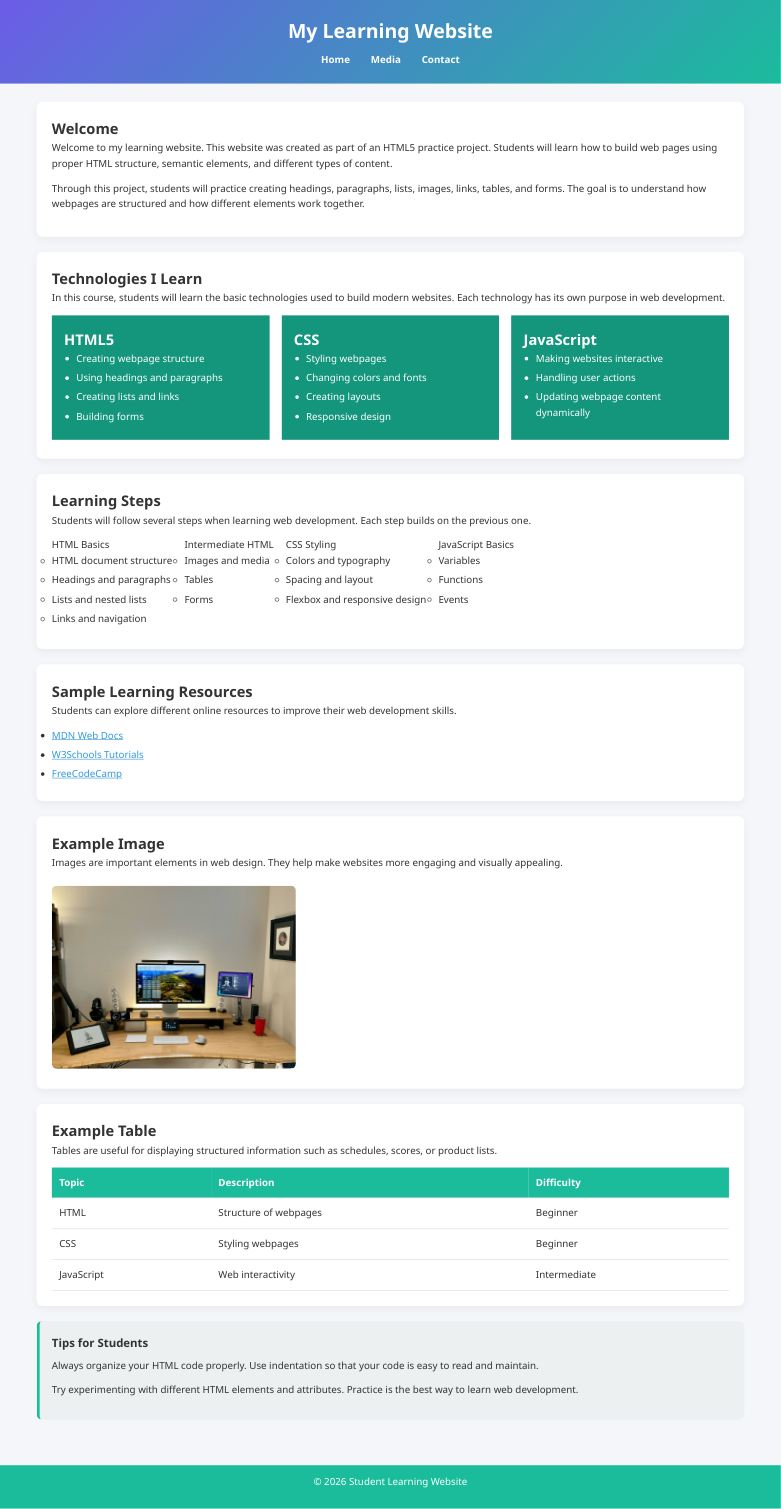
Repository: Than-sothearak/web_client_programing
Page: Week_03/index.html
An editor plug-in stored every save of this project. The page is shown before and after the next save, followed by the edit.
The browser window is 1280 px wide. The pictures show the whole page, at 61% of full size.

Above is the page before, as saved 2026-03-24 21:25:06.

### Week_03/index.html
<!doctype html>
<html lang="en">
  <head>
    <meta charset="UTF-8" />
    <meta name="viewport" content="width=device-width, initial-scale=1.0" />
    <title>My Learning Website</title>
    <link rel="stylesheet" href="styles.css" />
  </head>

  <body>
    <header>
      <h1>My Learning Website</h1>

      <nav>
        <ul>
          <li><a href="index.html">Home</a></li>
          <li><a href="gallery.html">Media</a></li>
          <li><a href="contact.html">Contact</a></li>
        </ul>
      </nav>
    </header>

    <main>
      <section>
        <article>
          <h2>Welcome</h2>

          <p>
            Welcome to my learning website. This website was created as part of
            an HTML5 practice project. Students will learn how to build web
            pages using proper HTML structure, semantic elements, and different
            types of content.
          </p>

          <p>
            Through this project, students will practice creating headings,
            paragraphs, lists, images, links, tables, and forms. The goal is to
            understand how webpages are structured and how different elements
            work together.
          </p>
        </article>
      </section>

      <section>
        <h2>Technologies I Learn</h2>

        <p>
          In this course, students will learn the basic technologies used to
          build modern websites. Each technology has its own purpose in web
          development.
        </p>

        <ul class="card-container">
          <li class="card">
            <h2>HTML5</h2>
            <ul>
              <li>Creating webpage structure</li>
              <li>Using headings and paragraphs</li>
              <li>Creating lists and links</li>
              <li>Building forms</li>
            </ul>
          </li>

          <li class="card">
            <h2>CSS</h2>
            <ul>
              <li>Styling webpages</li>
              <li>Changing colors and fonts</li>
              <li>Creating layouts</li>
              <li>Responsive design</li>
            </ul>
          </li>

          <li class="card">
            <h2>JavaScript</h2>
            <ul>
              <li>Making websites interactive</li>
              <li>Handling user actions</li>
              <li>Updating webpage content dynamically</li>
            </ul>
          </li>
        </ul>
      </section>

      <section>
        <h2>Learning Steps</h2>

        <p>
          Students will follow several steps when learning web development. Each
          step builds on the previous one.
        </p>

        <ol class="card-container">
          <li>
            HTML Basics
            <ul>
              <li>HTML document structure</li>
              <li>Headings and paragraphs</li>
              <li>Lists and nested lists</li>
              <li>Links and navigation</li>
            </ul>
          </li>

          <li>
            Intermediate HTML
            <ul>
              <li>Images and media</li>
              <li>Tables</li>
              <li>Forms</li>
            </ul>
          </li>

          <li>
            CSS Styling
            <ul>
              <li>Colors and typography</li>
              <li>Spacing and layout</li>
              <li>Flexbox and responsive design</li>
            </ul>
          </li>

          <li>
            JavaScript Basics
            <ul>
              <li>Variables</li>
              <li>Functions</li>
              <li>Events</li>
            </ul>
          </li>
        </ol>
      </section>

      <section>
        <h2>Sample Learning Resources</h2>

        <p>
          Students can explore different online resources to improve their web
          development skills.
        </p>

        <ul>
          <li>
            <a href="https://developer.mozilla.org" target="_blank">
              MDN Web Docs
            </a>
          </li>

          <li>
            <a href="https://www.w3schools.com" target="_blank">
              W3Schools Tutorials
            </a>
          </li>

          <li>
            <a href="https://www.freecodecamp.org" target="_blank">
              FreeCodeCamp
            </a>
          </li>
        </ul>
      </section>

      <section>
        <h2>Example Image</h2>

        <p>
          Images are important elements in web design. They help make websites
          more engaging and visually appealing.
        </p>

        <img src="../images/computer.png" alt="Computer setup" width="400" />
      </section>

      <section>
        <h2>Example Table</h2>

        <p>
          Tables are useful for displaying structured information such as
          schedules, scores, or product lists.
        </p>

        <table>
          <tr>
            <th>Topic</th>
            <th>Description</th>
            <th>Difficulty</th>
          </tr>

          <tr>
            <td>HTML</td>
            <td>Structure of webpages</td>
            <td>Beginner</td>
          </tr>

          <tr>
            <td>CSS</td>
            <td>Styling webpages</td>
            <td>Beginner</td>
          </tr>

          <tr>
            <td>JavaScript</td>
            <td>Web interactivity</td>
            <td>Intermediate</td>
          </tr>
        </table>
      </section>

      <aside>
        <h3>Tips for Students</h3>

        <p>
          Always organize your HTML code properly. Use indentation so that your
          code is easy to read and maintain.
        </p>

        <p>
          Try experimenting with different HTML elements and attributes.
          Practice is the best way to learn web development.
        </p>
      </aside>
    </main>

    <footer>
      <p>© 2026 Student Learning Website</p>
    </footer>
  </body>
</html>

### Week_03/styles.css
/* Reset basic spacing */

/* Reset */

* {
  margin: 0;
  padding: 0;
  box-sizing: border-box;
}

/* Body */

body {
  font-family: "Segoe UI", Arial, sans-serif;
  background: #f4f6f9;
  color: #333;
  line-height: 1.6;
}

/* Header */

header {
  background: linear-gradient(135deg, #6c5ce7, #1abc9c);
  color: white;
  padding: 25px 20px;
  text-align: center;
}

/* Navigation */

nav ul {
  list-style: none;
  margin-top: 10px;
}

nav ul li {
  display: inline-block;
  margin: 0 15px;
}

nav a {
  color: white;
  text-decoration: none;
  font-weight: 600;
  transition: 0.3s;
}

nav a:hover {
  color: #1abc9c;
}

/* Main container */

main {
  max-width: 1200px;
  margin: auto;
  padding: 30px 20px;
}

/* Section cards */

section {
  background: white;
  padding: 25px;
  margin-bottom: 25px;
  border-radius: 10px;
  box-shadow: 0 5px 15px rgba(0, 0, 0, 0.05);
}

/* Headings */

h1 {
  font-size: 32px;
  margin-bottom: 10px;
}


h3 {
  margin-bottom: 10px;
}

/* Paragraph */

p {
  margin-bottom: 15px;
}

/* Lists */

.card-container {
  display: flex;
  gap: 20px;
  list-style: none;
}

.card {
  padding: 20px;
  color: white;
  width: 100%;
  background-color: #13967c;
}

.card li{
  margin-left: 20px;
  list-style:disc;
}

li {
  margin-bottom: 6px;
}

/* Links */

a {
  color: #3498db;
}

a:hover {
  text-decoration: underline;
}

/* Image styling */

img {
  max-width: 100%;
  height: auto;
  border-radius: 8px;
  margin-top: 10px;
}

/* Table */

table {
  width: 100%;
  border-collapse: collapse;
  margin-top: 10px;
}

th,
td {
  padding: 12px;
  text-align: left;
  border-bottom: 1px solid #ddd;
}

th {
  background: #1abc9c;
  color: white;
}

tr:hover {
  background: #f1f1f1;
}

/* Aside */

aside {
  background: #ecf0f1;
  padding: 20px;
  border-left: 5px solid #1abc9c;
  border-radius: 8px;
  margin-bottom: 25px;
}

/* Footer */

footer {
  text-align: center;
  background: #1abc9c;
  color: white;
  padding: 15px;
  margin-top: 20px;
}

/* Responsive Design */

@media (max-width: 768px) {
  nav ul li {
    display: block;
    margin: 10px 0;
  }

  main {
    padding: 20px 15px;
  }

  h1 {
    font-size: 26px;
  }
}

.images-gallery {
  width: 100%;
  display: flex;
  flex-wrap: wrap;
  gap: 20px;
}

.images-gallery figure {
  flex: 1 1 calc(50% - 20px);
}

.images-gallery img {
  width: 100%;
  height: auto;
}

figcaption {
  margin-top: 8px;
  font-size: 14px;
  color: #555;
}

@media (max-width: 768px) {
  .images-gallery {
    flex-direction: column;
    align-items: center;
  }


}

After the next save:
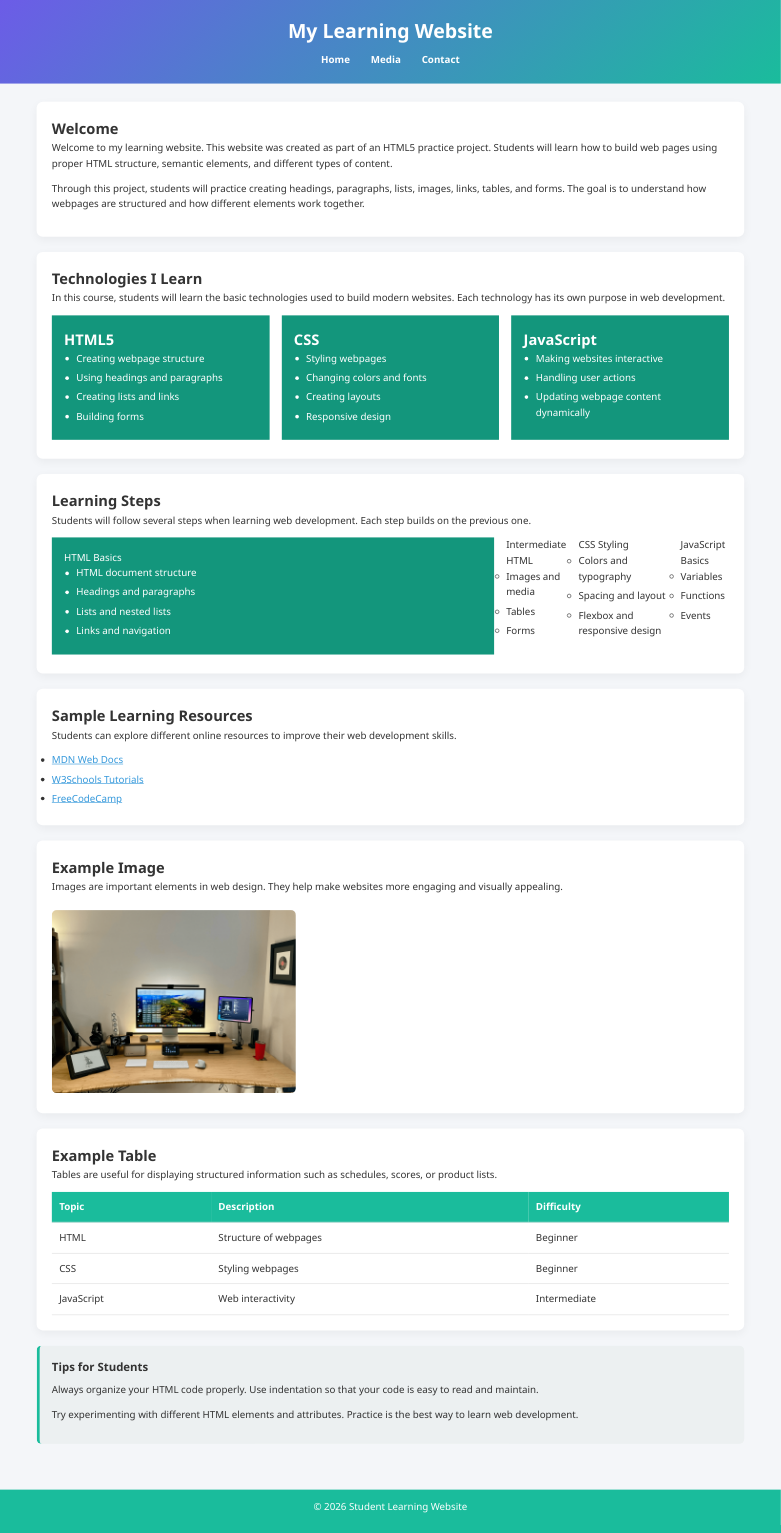
Saved 9 s later.
--- a/Week_03/index.html
+++ b/Week_03/index.html
@@ -91,7 +91,7 @@
         </p>
 
         <ol class="card-container">
-          <li>
+          <li class="card">
             HTML Basics
             <ul>
               <li>HTML document structure</li>
